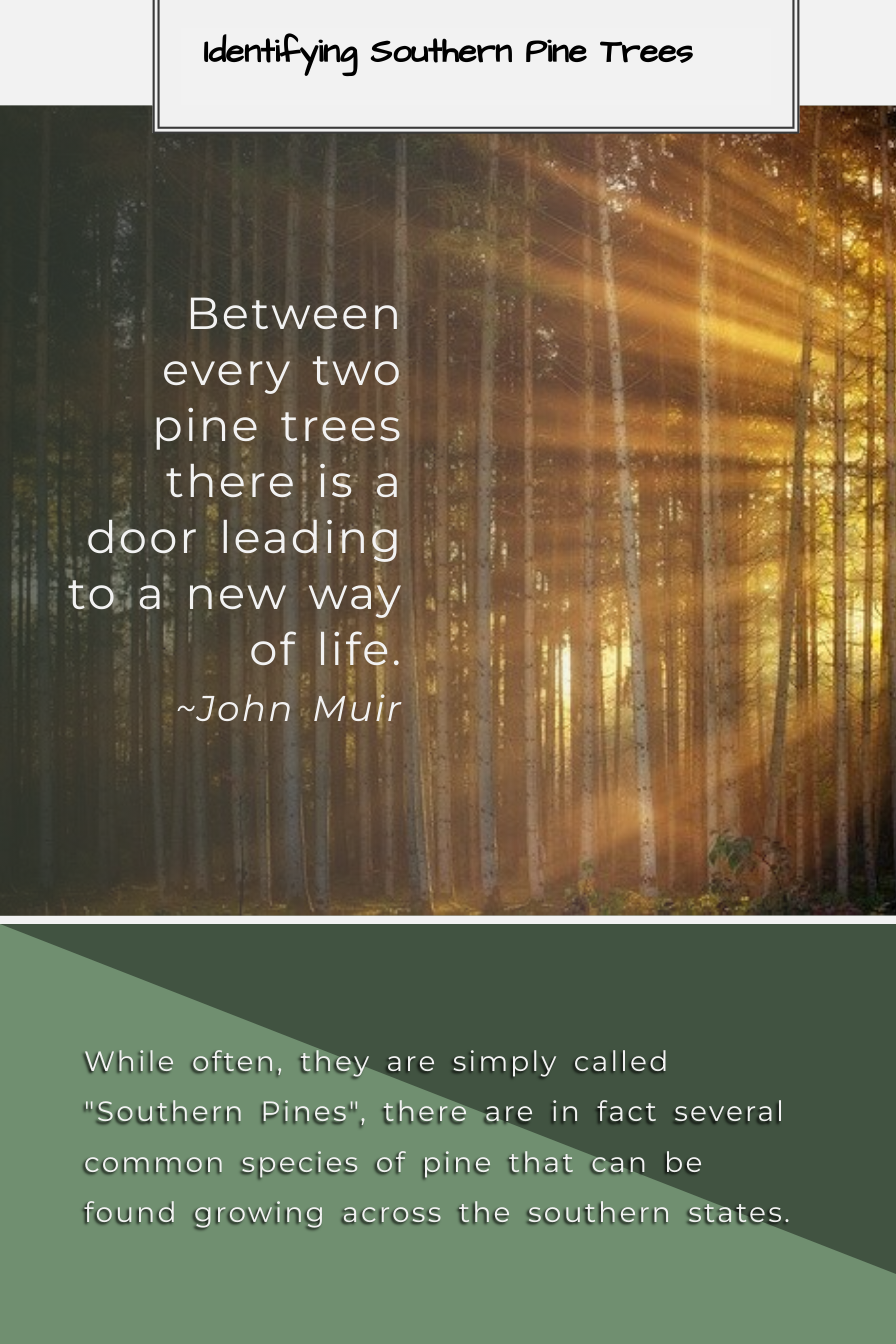
Repository: Sbethm/louisianaPineTrees
Page: pine_main.html
The author's editor kept a copy of each file at every save. The page is drawn from the files as they stood at one save, then again after the next save.
The browser window is 1280 px wide. The pictures show the part of the page from y = 0 to 1920 px (the page is 2983 px tall), at 70% of full size.
The style sheet was rebuilt from its Sass, Less or Tailwind sources for each picture, by a compiler version that may differ from the author's.

Above is the page before, as saved 2021-09-24 11:08:23.

After the next save:
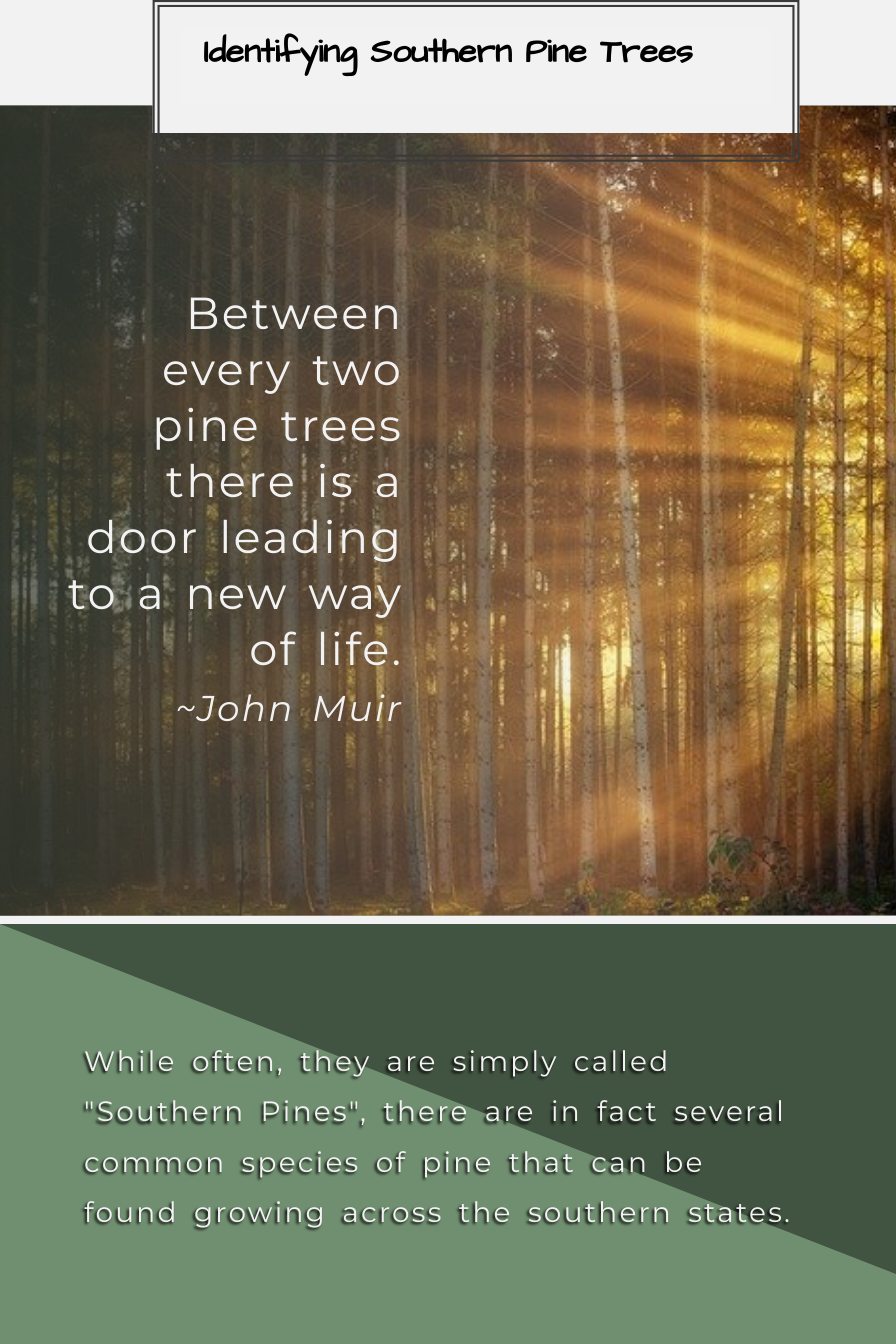
Saved 35 s later.
--- a/src/scss/main.scss
+++ b/src/scss/main.scss
@@ -43,7 +43,7 @@ h1{
         width: calc(100% + 80px);
         height: calc(100% + 80px);
         border: 10px double #3a3a3a;
-        top: -40px;
+        top: 0px;
         left: 0px;
     }
 }
